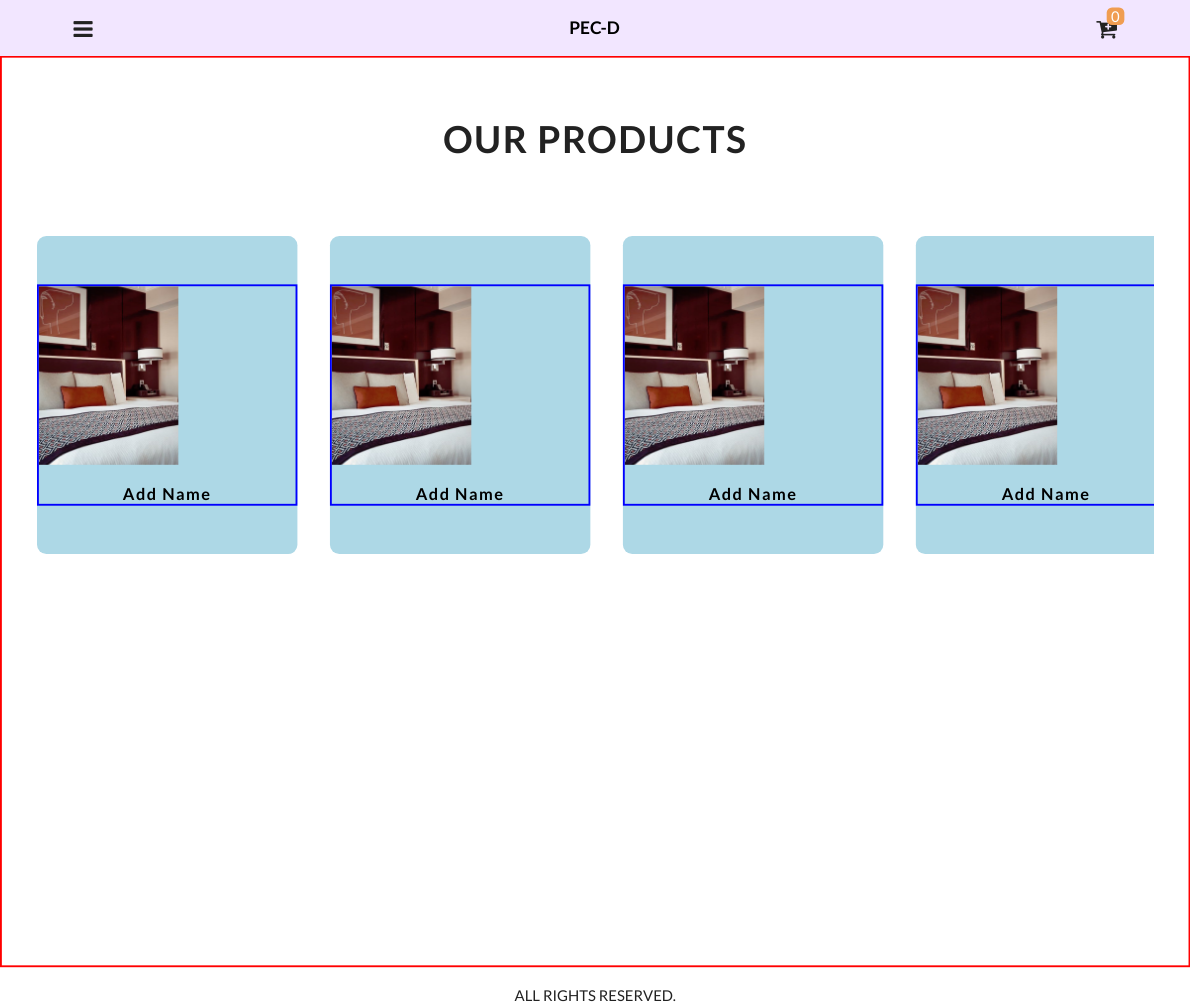
Repository: CHIR4G7/PEC-D
Page: public/index.html
These files come from the project's save history. The page is drawn as it stood at one moment and after the next save; the edit follows.
The browser window is 1280 px wide. The pictures show the whole page, at 93% of full size.

Above is the page before, as saved 2023-07-08 01:06:33.

### public/index.html
<!DOCTYPE html>
<html lang="en">

<head>
    <meta charset="UTF-8">
    <meta http-equiv="X-UA-Compatible" content="IE=edge">
    <meta name="viewport" content="width=device-width, initial-scale=1.0">
    <title>PEC-D</title>
    <link rel="stylesheet" href="https://cdnjs.cloudflare.com/ajax/libs/font-awesome/4.7.0/css/font-awesome.min.css">
    <link rel="stylesheet" href="css/style.css">
</head>

<body>
    <!-- navabr -->
    <nav class="navbar">
        <div class="navbar-center">
            <span class="nav-icon">
                <i class="fa fa-bars"></i>
            </span>
            <!-- <img src="/images/logo.svg" alt="logo" class="sr"> -->
            <h3 class="logo-name">PEC-D</h3>
            <div class="cart-btn">
                <span class="nav-icon">
                    <i class="fa fa-cart-plus"></i>
                </span>
                <div class="cart-items">0</div>
            </div>
        </div>
    </nav>
    <!-- end of navbar -->

    <!-- hero -->
    <!-- <header class="hero">
        <div class="banner">
            <h1 class="banner-title">FURNITURE COLLECTION</h1>
            <button class="banner-btn">SHOW NOW</button>
        </div>
    </header> -->
    <!-- end of hero -->

    <!-- products -->
    <div class="products">
         <div class="section-title">
            <h2>OUR PRODUCTS</h2>
        </div>
        <div class="body1">
            <div class="content">
                <ul class="content-inner">
                    <li class="card">
                        <article class="product">
                            <div class="img-container">
                                <img src="/images/product-1.jpeg" alt="product" class="product-img">
                                <button class="bag-btn" data-id="1">
                                    <i class="fa fa-shopping-cart"></i>
                                    add to bag.
                                </button>
                            </div>
                            <h3>add name</h3>

                        </article>
                    </li>
                    <li class="card">
                        <article class="product">
                            <div class="img-container">
                                <img src="/images/product-1.jpeg" alt="product" class="product-img">
                                <button class="bag-btn" data-id="1">
                                    <i class="fa fa-shopping-cart"></i>
                                    add to bag.
                                </button>
                            </div>
                            <h3>add name</h3>

                        </article>
                    </li>
                    <li class="card">
                        <article class="product">
                            <div class="img-container">
                                <img src="/images/product-1.jpeg" alt="product" class="product-img">
                                <button class="bag-btn" data-id="1">
                                    <i class="fa fa-shopping-cart"></i>
                                    add to bag.
                                </button>
                            </div>
                            <h3>add name</h3>

                        </article>
                    </li>
                    <li class="card">
                        <article class="product">
                            <div class="img-container">
                                <img src="/images/product-1.jpeg" alt="product" class="product-img">
                                <button class="bag-btn" data-id="1">
                                    <i class="fa fa-shopping-cart"></i>
                                    add to bag.
                                </button>
                            </div>
                            <h3>add name</h3>

                        </article>
                    </li>
                </ul>
            </div>
        </div>
        <div class="products-center">
            <!-- single product -->

            <!-- PRODCUT DETIALS -->
            <!-- <article class="product">
                <div class="img-container">
                    <img src="/images/product-1.jpeg" alt="product" class="product-img">
                    <button class="bag-btn" data-id="1">
                        <i class="fa fa-shopping-cart"></i>
                        add to bag.
                    </button>
                </div>
                <h3>add name</h3>

            </article> -->
            <!-- THIS IS END OF PRODUCT DETIALS -->

            <!-- PRODCUT DETIALS -->
            <!-- <article class="product">
                <div class="img-container">
                    <img src="/images/product-8.jpeg" alt="product" class="product-img">
                    <button class="bag-btn" data-id="1">
                        <i class="fa fa-shopping-cart"></i>
                        add to bag.
                    </button>
                </div>
                <h3>TABLE</h3>
                <h4>$11.99</h4>
            </article> -->
            <!-- THIS IS END OF PRODUCT DETIALS -->

            <!-- PRODCUT DETIALS -->
            <!-- <article class="product">
                <div class="img-container">
                    <img src="/images/product-7.jpeg" alt="product" class="product-img">
                    <button class="bag-btn" data-id="1">
                        <i class="fa fa-shopping-cart"></i>
                        add to bag.
                    </button>
                </div>
                <h3>COUCH</h3>
                <h4>$42.99</h4>
            </article> -->
            <!-- THIS IS END OF PRODUCT DETIALS -->

            <!-- PRODCUT DETIALS -->
            <!-- <article class="product">
                <div class="img-container">
                    <img src="/images/product-2.jpeg" alt="product" class="product-img">
                    <button class="bag-btn" data-id="1">
                        <i class="fa fa-shopping-cart"></i>
                        add to bag.
                    </button>
                </div>
                <h3>KING PANEL BED</h3>
                <h4>$12.99</h4>
            </article> -->
            <!-- THIS IS END OF PRODUCT DETIALS -->

            <!-- PRODCUT DETIALS -->
            <!-- <article class="product">
                <div class="img-container">
                    <img src="/images/product-5.jpeg" alt="product" class="product-img">
                    <button class="bag-btn" data-id="1">
                        <i class="fa fa-shopping-cart"></i>
                        add to bag.
                    </button>
                </div>
                <h3>FRIDGE</h3>
                <h4>$34.99</h4>
            </article> -->
            <!-- THIS IS END OF PRODUCT DETIALS -->

            <!-- PRODCUT DETIALS -->
            <!-- <article class="product">
                <div class="img-container">
                    <img src="/images/product-6.jpeg" alt="product" class="product-img">
                    <button class="bag-btn" data-id="1">
                        <i class="fa fa-shopping-cart"></i>
                        add to bag.
                    </button>
                </div>
                <h3>DRESSER</h3>
                <h4>$22.99</h4>
            </article> -->
            <!-- THIS IS END OF PRODUCT DETIALS -->

            <!-- PRODCUT DETIALS -->
            <!-- <article class="product">
                <div class="img-container">
                    <img src="/images/product-3.jpeg" alt="product" class="product-img">
                    <button class="bag-btn" data-id="1">
                        <i class="fa fa-shopping-cart"></i>
                        add to bag.
                    </button>
                </div>
                <h3>TWIN PANEL BED</h3>
                <h4>$17.99</h4>
            </article> -->
            <!-- THIS IS END OF PRODUCT DETIALS -->

            <!-- PRODCUT DETIALS -->
            <!-- <article class="product">
                <div class="img-container">
                    <img src="/images/product-4.jpeg" alt="product" class="product-img">
                    <button class="bag-btn" data-id="1">
                        <i class="fa fa-shopping-cart"></i>
                        add to bag.
                    </button>
                </div>
                <h3>SINGLE PANEL BED</h3>
                <h4>$23.99</h4>
            </article> -->
            <!-- THIS IS END OF PRODUCT DETIALS -->
        </div>
    </div>
    <!-- end of products -->




    <!-- CART BEGINS -->
    <div class="cart-overlay">
        <div class="cart">
            <span class="close-cart">
                <i class="fa fa-window-close"></i>
            </span>
            <h2>YOUR CART</h2>
            <div class="cart-content">
                <!-- cart item -->
                <div class="cart-item">
                    <!-- <img src="/images/product-1.jpeg" alt="product">
                    <div>
                        <h4>QUEEN BED</h4>
                        <h5>$9.00</h5>
                        <span class="remove-item">Remove</span>
                    </div>
                    <div>
                        <i class="fa fa-chevron-up"></i>
                        <p class="item-amount">0</p>
                        <i class="fa fa-chevron-down"></i>
                    </div> -->
                </div>
                <!-- end of cart item -->

            </div>

            <div class="cart-footer">
                <h3>YOUR TOTAL : $ <span class="cart-total"></span></h3>
                <button class="clear-cart banner-btn">CLEAR CART</button>
            </div>

        </div>
    </div>
    <!-- CART ENDS -->
    <!-- FOOOTER -->
    <div class="footer">
        ALL RIGHTS RESERVED.
    </div>
    <!-- END OF THE FOOTER -->

    <!-- <script src="src/script.js"></script> -->
</body>

</html>

### public/css/style.css
@import url("https://fonts.googleapis.com/css?family=Lato:400,700");


/* creating variables */
:root {
    --primaryColor: #f09d51;
    --mainWhite: #fff;
    --mainBlack: #222;
    --mainGrey: #ececec;
    --mainSpacing: 0.1rem;
    --mainTransition: all 0.3s linear;
}

/* resetting elements */
* {
    margin: 0;
    padding: 0;
    box-sizing: border-box;
}


body {
    color: var(--mainBlack);
    background: var(--mainWhite);
    font-family: "Lato", sans-serif;
}


/* navbar */
.navbar {
    position: sticky;
    top: 0;
    height: 60px;
    width: 100%;
    display: flex;
    align-items: center;
    background: #f2e6ff;
    z-index: 1;
}

.logo-name
{
    color: black;
}

.navbar-center {
    width: 100%;
    max-width: 1170px;
    margin: 0 auto;
    display: flex;
    align-items: center;
    justify-content: space-between;
    padding: 0 1.5rem;
}

.nav-icon {
    font-size: 1.5rem;
}

.cart-btn {
    position: relative;
    cursor: pointer;
}

.cart-items {
    position: absolute;
    top: -8px;
    right: -8px;
    background: var(--primaryColor);
    padding: 0 5px;
    border-radius: 30%;
    color: var(--mainWhite);
}

/* hero */
.hero {
    min-height: calc(100vh - 60px);
    background: url("./images/bg-3.jpg") center/cover no-repeat;
    display: flex;
    align-items: center;
    justify-content: center;
  }
  .banner {
    text-align: center;
    background: #f2e6ff;
    display: inline-block;
    padding: 2rem;
  }
  .banner-title {
    font-size: 3.4rem;
    text-transform: uppercase;
    letter-spacing: var(--mainSpacing);
    margin-bottom: 3rem;
  }
  .banner-btn {
    padding: 1rem 3rem;
    text-transform: uppercase;
    letter-spacing: var(--mainSpacing);
    font-size: 1rem;
    background: #9999FF;
    color: var(--mainBlack);
    border: 1px solid var(--primaryColor);
    transition: var(--mainTransition);
    cursor: pointer;
  }
  .banner-btn:hover {
    background: transparent;
    color: var(--primaryColor);
  }


  /* products */
  .products {
    padding: 4rem 0;
    border: 2px solid red;
  }
  .section-title h2 {
    text-align: center;
    font-size: 2.5rem;
    margin-bottom: 5rem;
    text-transform: capitalize;
    letter-spacing: var(--mainSpacing);
  }
  .products-center {
    width: 90vw;
    margin: 0 auto;
    max-width: 1170px;
    display: grid;
    grid-template-columns: repeat(auto-fit, minmax(260px, 1fr));
    grid-column-gap: 1.5rem;
    grid-row-gap: 2rem;
  }
  .img-container {
    position: relative;
    overflow: hidden;
  }
  .bag-btn {
    position: absolute;
    top: 70%;
    right: 0;
    background: var(--primaryColor);
    border: none;
    text-transform: uppercase;
    padding: 0.5rem 0.75rem;
    letter-spacing: var(--mainSpacing);
    font-weight: bold;
    transition: var(--mainTransition);
    transform: translateX(101%);
    cursor: pointer;
  }
  .bag-btn:hover {
    color: var(--mainWhite);
  }
  .fa-shopping-cart {
    margin-right: 0.5rem;
  }
  .img-container:hover .bag-btn {
    transform: translateX(0);
  }
  .product-img {
    display: block;
    width: 100%;
    min-height: 12rem;
    transition: var(--mainTransition);
  }
  .img-container:hover .product-img {
    opacity: 0.5;
  }

  .product
  {
    border: 2px solid blue;
  }

  .product h3 {
    text-transform: capitalize;
    font-size: 1.1rem;
    margin-top: 1rem;
    letter-spacing: var(--mainSpacing);
    text-align: center;
  }

  .product h4 {
    margin-top: 0.7rem;
    letter-spacing: var(--mainSpacing);
    color: var(--primaryColor);
    text-align: center;
  }


   /* slider*/

   .body1
{
    display: flex;

    justify-content: center;
    min-height: 100vh;
    /* background-color: lawngreen; */
    /* border: 2px solid yellow; */
    padding: 0 35px;
}
.card img
{
    height: 150px;
    width: 150px;
    margin-bottom: 5px;
    object-fit: cover;
}
.content
{
    max-width: 1200px;
    width: 100%;
    /* position: relative; */
    /* border: 2px solid red; */
}
.content .content-inner
{
    display: grid;
    grid-auto-flow: column;
    grid-auto-columns: 25%;
    gap: 15px;
    /* overflow: hidden; */
    overflow-x: auto;
    scroll-snap-type: x mandatory;
    scroll-behavior: smooth;
    scrollbar-width: 0;

}
.content .card
{
    list-style: none;
    background-color: lightblue;
    color: black;
    border-radius: 10px;
    height: 342px;
     display: flex;
    flex-direction: column;
    /*align-items: center;*/
    justify-content: center;
    cursor: pointer;
    width: 280px;

}
.content i
{
    height: 30px;
    width: 50px;
    margin: 10px;
    background-color: wheat;
    color: black;
    text-align: center;
    line-height: 25px;
    border-radius: 50%;
    cursor: pointer;
}
.card-item
{
    display: flex;
    flex-direction: column;
    justify-content: center;
    align-items: center;
    margin: 15px;
    padding-top: 5px;
}
.card-item h4
{
    margin-bottom: 4px;
}

   */

  /* cart */
  .cart-overlay {
    position: fixed;
    top: 0;
    right: 0;
    width: 100%;
    height: 100%;
    transition: var(--mainTransition);
    background: rgb(240, 157, 81, 0.5);
    z-index: 2;
    visibility: hidden;
  }
  .cart {
    position: fixed;
    top: 0;
    right: 0;
    width: 100%;
    height: 100%;
    overflow: scroll;
    z-index: 3;
    background: rgb(231, 226, 221);
    padding: 1.5rem;
    transition: var(--mainTransition);
    transform: translateX(100%);
  }
  .showCart {
    transform: translateX(0);
  }
  .transparentBcg {
    visibility: visible;
  }
  @media screen and (min-width: 768px) {
    .cart {
      width: 30vw;
      min-width: 450px;
    }
  }

  .close-cart {
    font-size: 1.7rem;
    cursor: pointer;
  }
  .cart h2 {
    text-transform: capitalize;
    text-align: center;
    letter-spacing: var(--mainSpacing);
    margin-bottom: 2rem;
  }
  /*---------- Cart Item -------------------- */
  .cart-item {
    display: grid;
    align-items: center;
    grid-template-columns: auto 1fr auto;
    grid-column-gap: 1.5rem;
    margin: 1.5rem 0;
  }
  .cart-item img {
    width: 75px;
    height: 75px;
  }
  .cart-item h4 {
    font-size: 0.85rem;
    text-transform: capitalize;
    letter-spacing: var(--mainSpacing);
  }
  .cart-item h5 {
    margin: 0.5rem 0;
    letter-spacing: var(--mainSpacing);
  }
  .item-amount {
    text-align: center;
  }
  .remove-item {
    color: black;
    cursor: pointer;
  }
  .fa-chevron-up,
  .fa-chevron-down {
    color: var(--primaryColor);
    cursor: pointer;
  }
  /*---------- End of Cart Item -------------------- */

  .cart-footer {
    margin-top: 2rem;
    letter-spacing: var(--mainSpacing);
    text-align: center;
  }
  .cart-footer h3 {
    text-transform: capitalize;
    margin-bottom: 1rem;
  }


  /* FOOTER */
  .footer
  {
    position: relative;
    text-align: center;
    top: 20px;
  }

After the next save:
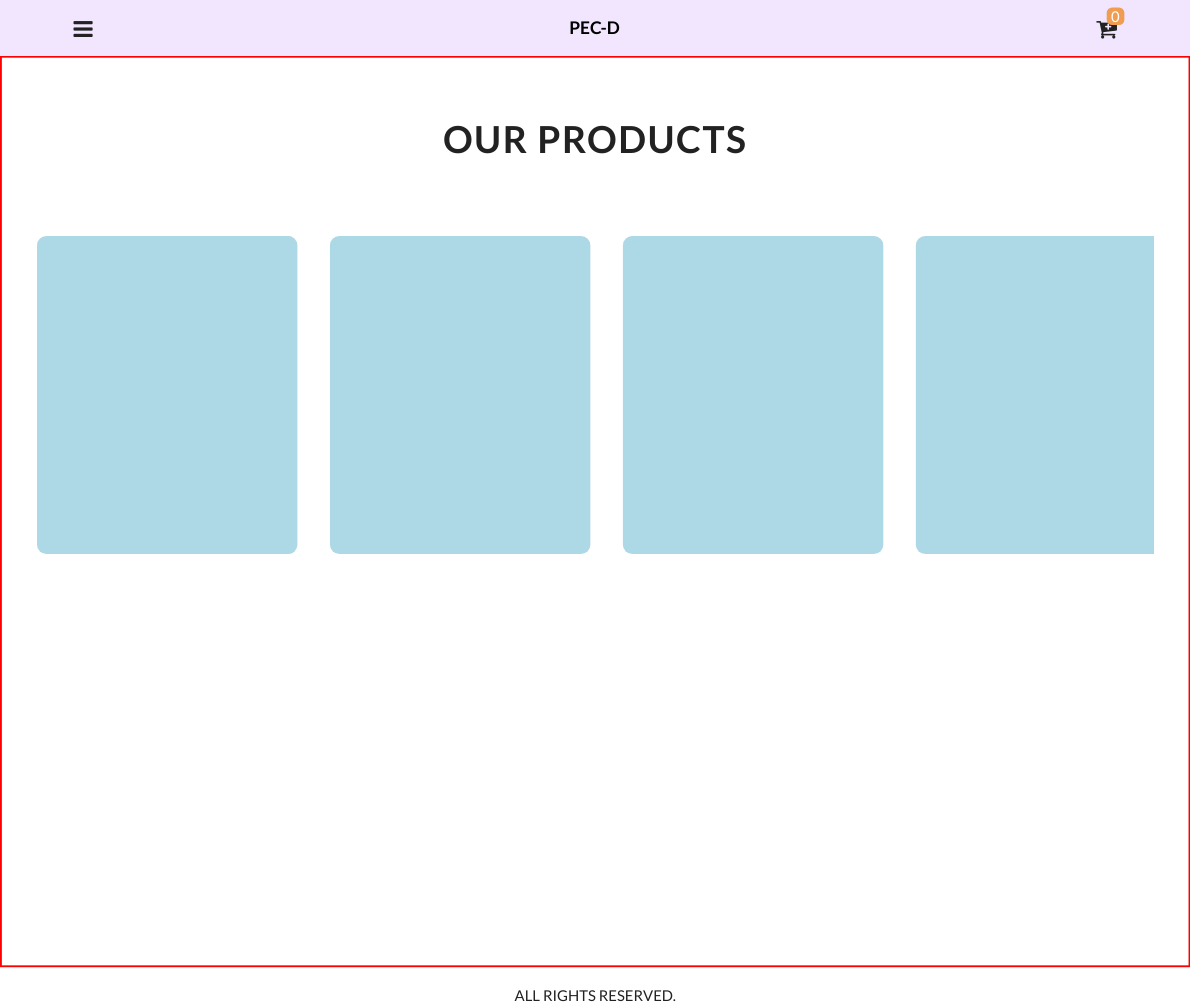
Saved 61 s later.
--- a/public/index.html
+++ b/public/index.html
@@ -47,56 +47,56 @@
             <div class="content">
                 <ul class="content-inner">
                     <li class="card">
-                        <article class="product">
-                            <div class="img-container">
-                                <img src="/images/product-1.jpeg" alt="product" class="product-img">
-                                <button class="bag-btn" data-id="1">
-                                    <i class="fa fa-shopping-cart"></i>
-                                    add to bag.
-                                </button>
-                            </div>
-                            <h3>add name</h3>
-
-                        </article>
-                    </li>
-                    <li class="card">
-                        <article class="product">
-                            <div class="img-container">
-                                <img src="/images/product-1.jpeg" alt="product" class="product-img">
-                                <button class="bag-btn" data-id="1">
-                                    <i class="fa fa-shopping-cart"></i>
-                                    add to bag.
-                                </button>
-                            </div>
-                            <h3>add name</h3>
-
-                        </article>
-                    </li>
-                    <li class="card">
-                        <article class="product">
-                            <div class="img-container">
-                                <img src="/images/product-1.jpeg" alt="product" class="product-img">
-                                <button class="bag-btn" data-id="1">
-                                    <i class="fa fa-shopping-cart"></i>
-                                    add to bag.
-                                </button>
-                            </div>
-                            <h3>add name</h3>
-
-                        </article>
-                    </li>
-                    <li class="card">
-                        <article class="product">
-                            <div class="img-container">
-                                <img src="/images/product-1.jpeg" alt="product" class="product-img">
-                                <button class="bag-btn" data-id="1">
-                                    <i class="fa fa-shopping-cart"></i>
-                                    add to bag.
-                                </button>
-                            </div>
-                            <h3>add name</h3>
-
-                        </article>
+                        <!-- <article class="product">
+                            <div class="img-container">
+                                <img src="/images/product-1.jpeg" alt="product" class="product-img">
+                                <button class="bag-btn" data-id="1">
+                                    <i class="fa fa-shopping-cart"></i>
+                                    add to bag.
+                                </button>
+                            </div>
+                            <h3>add name</h3>
+
+                        </article> -->
+                    </li>
+                    <li class="card">
+                        <!-- <article class="product">
+                            <div class="img-container">
+                                <img src="/images/product-1.jpeg" alt="product" class="product-img">
+                                <button class="bag-btn" data-id="1">
+                                    <i class="fa fa-shopping-cart"></i>
+                                    add to bag.
+                                </button>
+                            </div>
+                            <h3>add name</h3>
+
+                        </article> -->
+                    </li>
+                    <li class="card">
+                        <!-- <article class="product">
+                            <div class="img-container">
+                                <img src="/images/product-1.jpeg" alt="product" class="product-img">
+                                <button class="bag-btn" data-id="1">
+                                    <i class="fa fa-shopping-cart"></i>
+                                    add to bag.
+                                </button>
+                            </div>
+                            <h3>add name</h3>
+
+                        </article> -->
+                    </li>
+                    <li class="card">
+                        <!-- <article class="product">
+                            <div class="img-container">
+                                <img src="/images/product-1.jpeg" alt="product" class="product-img">
+                                <button class="bag-btn" data-id="1">
+                                    <i class="fa fa-shopping-cart"></i>
+                                    add to bag.
+                                </button>
+                            </div>
+                            <h3>add name</h3>
+
+                        </article> -->
                     </li>
                 </ul>
             </div>
